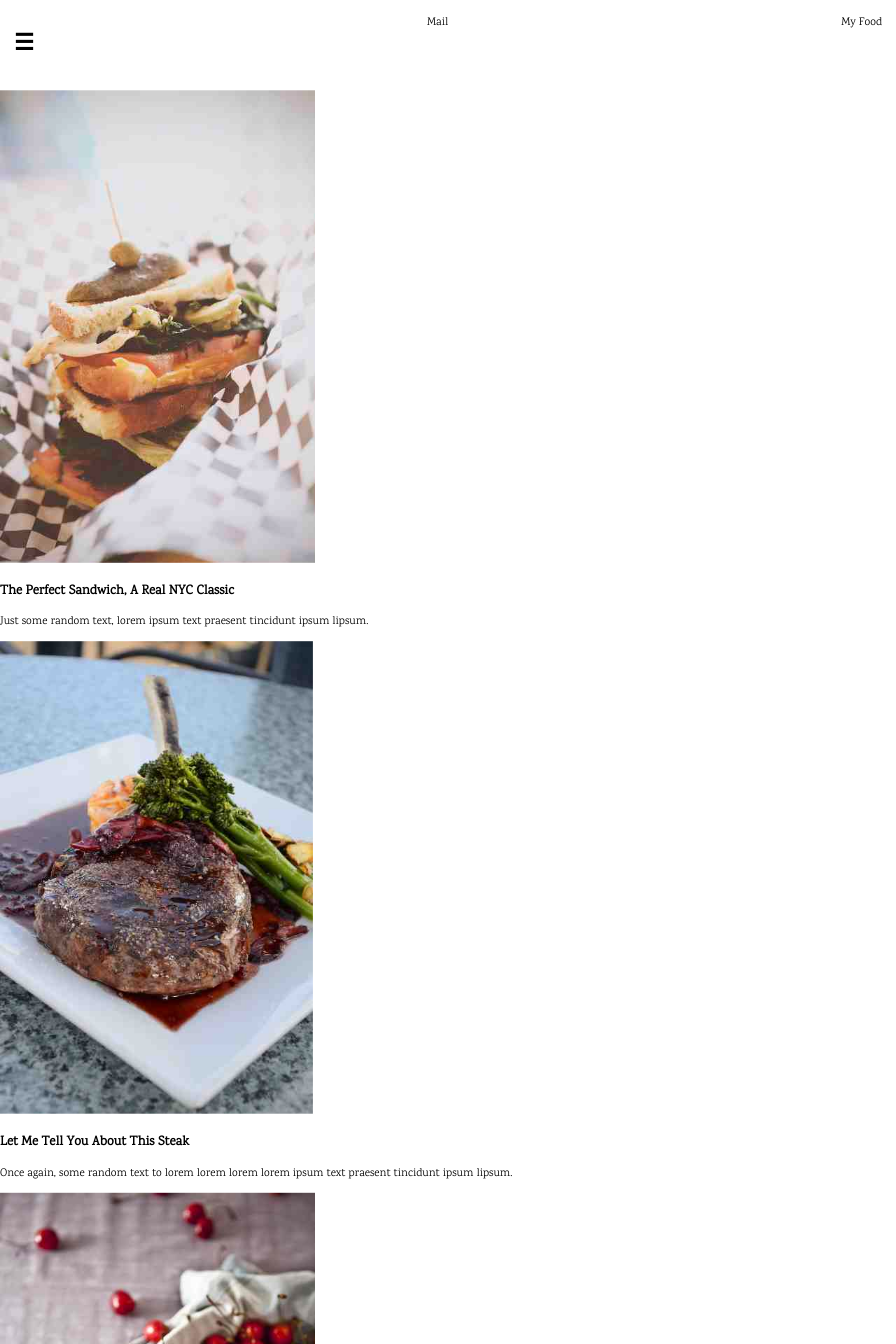
Repository: hesshess/clonecoding-assignment
Page: 3-food-blog/template3.html
An editor plug-in stored every save of this project. The page is shown before and after the next save, followed by the edit.
The browser window is 1280 px wide. The pictures show the part of the page from y = 0 to 1920 px (the page is 8285 px tall before and 8271 px after), at 70% of full size.

Above is the page before, as saved 2022-03-16 18:53:23.

### 3-food-blog/template3.html
<!DOCTYPE html>
<html>
  <head>
    <title>W3.CSS Template</title>
    <meta charset="UTF-8" />
    <meta name="viewport" content="width=device-width, initial-scale=1" />
    <link rel="stylesheet" href="./template3.css" />
    <link
      rel="stylesheet"
      href="https://fonts.googleapis.com/css?family=Karma"
    />
  </head>
  <body>
    <!-- Top menu -->

      <header>
        <h1>☰</h1>
        <div>Mail</div>
        <div>My Food</div>
      </header>


    <!-- !PAGE CONTENT! -->
    <div class="content">
      <!-- First Photo Grid-->
      <div id="food">
        <div>
          <img
            src="./img/sandwich.jpg"
            alt="Sandwich"
          />
          <h3>The Perfect Sandwich, A Real NYC Classic</h3>
          <p>
            Just some random text, lorem ipsum text praesent tincidunt ipsum
            lipsum.
          </p>
        </div>
        <div >
          <img src="./img/steak.jpg" alt="Steak"  />
          <h3>Let Me Tell You About This Steak</h3>
          <p>
            Once again, some random text to lorem lorem lorem lorem ipsum text
            praesent tincidunt ipsum lipsum.
          </p>
        </div>
        <div >
          <img
            src="./img/cherries.jpg"
            alt="Cherries"
          />
          <h3>Cherries, interrupted</h3>
          <p>Lorem ipsum text praesent tincidunt ipsum lipsum.</p>
          <p>What else?</p>
        </div>
        <div>
          <img
            src="./img/wine.jpg"
            alt="Pasta and Wine"

          />
          <h3>Once Again, Robust Wine and Vegetable Pasta</h3>
          <p>Lorem ipsum text praesent tincidunt ipsum lipsum.</p>
        </div>
      </div>

      <!-- Second Photo Grid-->
      <div >
        <div>
          <img
            src="./img/popsicle.jpg"
            alt="Popsicle"

          />
          <h3>All I Need Is a Popsicle</h3>
          <p>Lorem ipsum text praesent tincidunt ipsum lipsum.</p>
        </div>
        <div>
          <img src="./img/salmon.jpg" alt="Salmon" />
          <h3>Salmon For Your Skin</h3>
          <p>
            Once again, some random text to lorem lorem lorem lorem ipsum text
            praesent tincidunt ipsum lipsum.
          </p>
        </div>
        <div >
          <img
            src="./img/sandwich.jpg"
            alt="Sandwich"

          />
          <h3>The Perfect Sandwich, A Real Classic</h3>
          <p>
            Just some random text, lorem ipsum text praesent tincidunt ipsum
            lipsum.
          </p>
        </div>
        <div >
          <img
            src="./img/croissant.jpg"
            alt="Croissant"

          />
          <h3>Le French</h3>
          <p>
            Lorem lorem lorem lorem ipsum text praesent tincidunt ipsum lipsum.
          </p>
        </div>
      </div>

      <!-- Pagination -->
      <div >
        <div >
          <a href="#" >«</a>
          <a href="#" >1</a>
          <a href="#" >2</a>
          <a href="#" >3</a>
          <a href="#" >4</a>
          <a href="#" >»</a>
        </div>
      </div>

      <hr id="about" />

      <!-- About Section -->
      <div >
        <h3>About Me, The Food Man</h3>
        <br />
        <img
          src="./img/chef.jpg"
          alt="Me"

        />
        <div class="w3-padding-32">
          <h4><b>I am Who I Am!</b></h4>
          <h6><i>With Passion For Real, Good Food</i></h6>
          <p>
            Just me, myself and I, exploring the universe of unknownment. I have
            a heart of love and an interest of lorem ipsum and mauris neque quam
            blog. I want to share my world with you. Praesent tincidunt sed
            tellus ut rutrum. Sed vitae justo condimentum, porta lectus vitae,
            ultricies congue gravida diam non fringilla. Praesent tincidunt sed
            tellus ut rutrum. Sed vitae justo condimentum, porta lectus vitae,
            ultricies congue gravida diam non fringilla.
          </p>
        </div>
      </div>
      <hr />

      <!-- Footer -->
      <footer >
        <div ">
          <h3>FOOTER</h3>
          <p>
            Praesent tincidunt sed tellus ut rutrum. Sed vitae justo
            condimentum, porta lectus vitae, ultricies congue gravida diam non
            fringilla.
          </p>
          <p>
            Powered by
            <a
              href="https://www.w3schools.com/w3css/default.asp"
              target="_blank"
              >w3.css</a
            >
          </p>
        </div>

        <div >
          <h3>BLOG POSTS</h3>
          <ul >
            <li >
              <img
                src="./img/workshop.jpg"
              />
              <span >Lorem</span><br />
              <span>Sed mattis nunc</span>
            </li>
            <li >
              <img
                src="./img/gondol.jpg"


              />
              <span>Ipsum</span><br />
              <span>Praes tinci sed</span>
            </li>
          </ul>
        </div>

        <div>
          <h3>POPULAR TAGS</h3>
          <p>
            <span >Travel</span>
            <span
              >New York</span
            >
            <span
              >Dinner</span
            >
            <span
              >Salmon</span
            >
            <span
              >France</span
            >
            <span
              >Drinks</span
            >
            <span
              >Ideas</span
            >
            <span
              >Flavors</span
            >
            <span
              >Cuisine</span
            >
            <span
              >Chicken</span
            >
            <span
              >Dressing</span
            >
            <span
              >Fried</span
            >
            <span
              >Fish</span
            >
            <span
              >Duck</span
            >
          </p>
        </div>
      </footer>

      <!-- End page content -->
    </div>
  </body>
</html>

### 3-food-blog/template3.css
@charset "utf-8";

* {
  box-sizing: border-box;
}
body {
  margin: 0;
  width: 100%;
  font-family: 'Karma', sans-serif;
}
header {
  width: 100vw;
  display: flex;
  justify-content: space-between;
  padding: 20px;
}

After the next save:
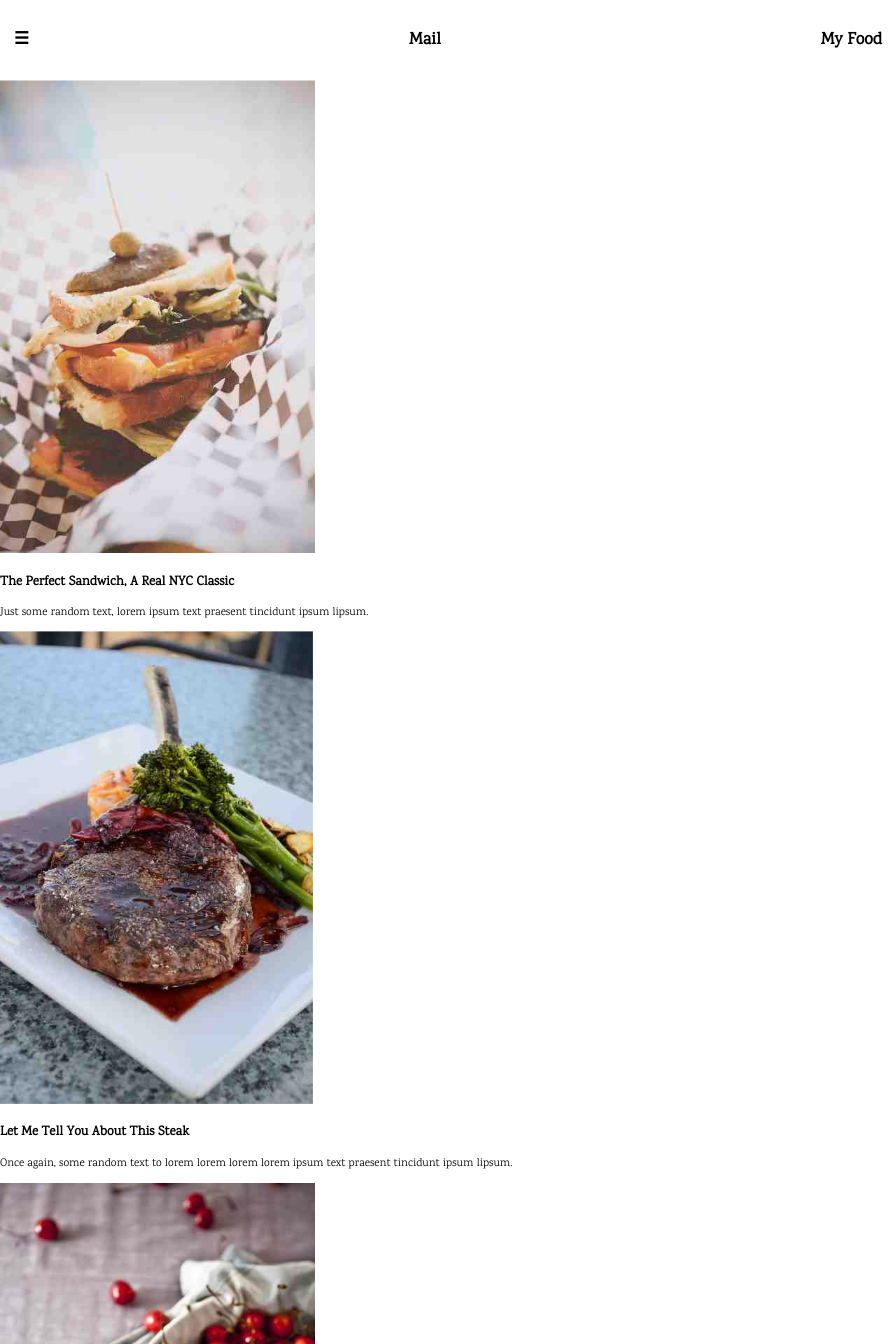
Saved 19 s later.
--- a/3-food-blog/template3.html
+++ b/3-food-blog/template3.html
@@ -14,9 +14,9 @@
     <!-- Top menu -->
 
       <header>
-        <h1>☰</h1>
-        <div>Mail</div>
-        <div>My Food</div>
+        <h2>☰</h2>
+        <h2>Mail</h2>
+        <h2>My Food</h2>
       </header>
 
 
